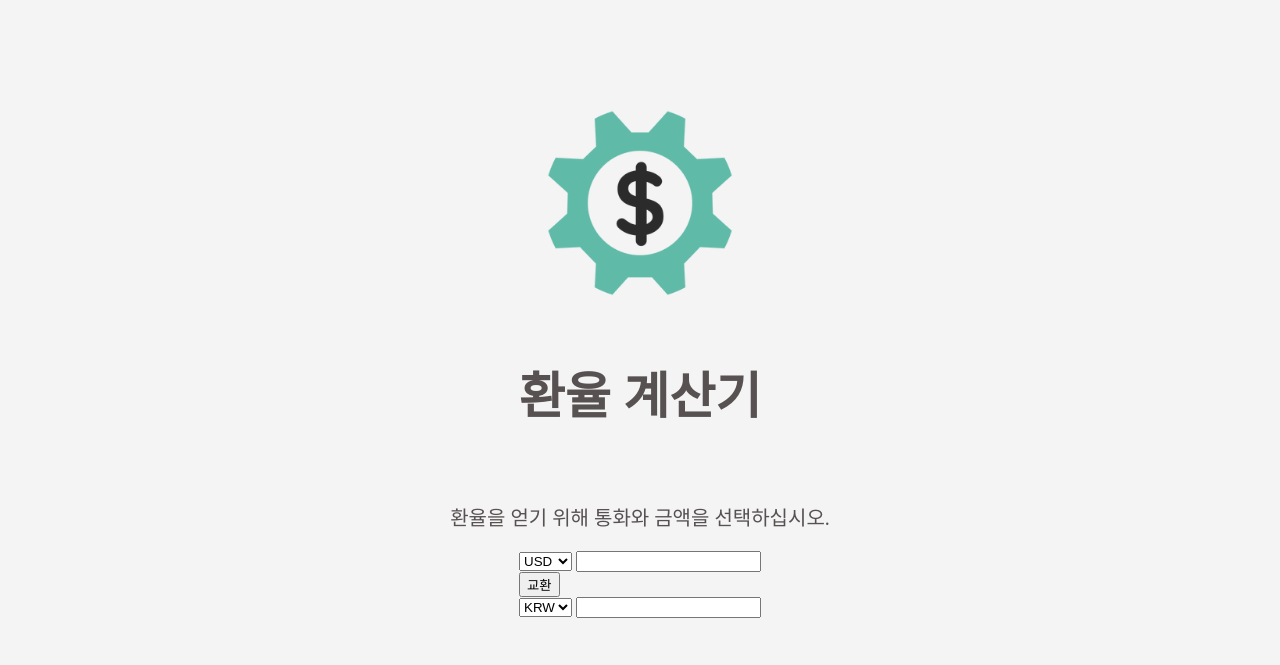
Repository: AbrorjonKuchkarov/exchange-rate
Page: index.html
These files come from the project's save history. The page is drawn as it stood at one moment and after the next save; the edit follows.
The browser window is 1280 px wide. The pictures show the whole page.

Above is the page before, as saved 2022-02-24 01:19:31.

### index.html
<!DOCTYPE html>
<html lang="en">
<head>
   <meta charset="UTF-8">
   <meta http-equiv="X-UA-Compatible" content="IE=edge">
   <meta name="viewport" content="width=device-width, initial-scale=1.0">
<link rel="stylesheet" href="style.css">
   <title>환율</title>
</head>
<body>
   <img src="img/money.png" alt="">
   <h1>환율 계산기 </h1>
   <p>환율을 얻기 위해 통화와 금액을 선택하십시오.</p>

   <div class="container">
      <div class="currency">
         <select id="selectOne">
            <option value="AED">AED</option>
            <option value="ARS">ARS</option>
            <option value="AUD">AUD</option>
            <option value="BGN">BGN</option>
            <option value="BRL">BRL</option>
            <option value="BSD">BSD</option>
            <option value="CAD">CAD</option>
            <option value="CHF">CHF</option>
            <option value="CLP">CLP</option>
            <option value="CNY">CNY</option>
            <option value="COP">COP</option>
            <option value="CZK">CZK</option>
            <option value="DKK">DKK</option>
            <option value="DOP">DOP</option>
            <option value="EGP">EGP</option>
            <option value="EUR">EUR</option>
            <option value="FJD">FJD</option>
            <option value="GBP">GBP</option>
            <option value="GTQ">GTQ</option>
            <option value="HKD">HKD</option>
            <option value="HRK">HRK</option>
            <option value="HUF">HUF</option>
            <option value="IDR">IDR</option>
            <option value="ILS">ILS</option>
            <option value="INR">INR</option>
            <option value="ISK">ISK</option>
            <option value="JPY">JPY</option>
            <option value="KRW">KRW</option>
            <option value="KZT">KZT</option>
            <option value="MXN">MXN</option>
            <option value="MYR">MYR</option>
            <option value="NOK">NOK</option>
            <option value="NZD">NZD</option>
            <option value="PAB">PAB</option>
            <option value="PEN">PEN</option>
            <option value="PHP">PHP</option>
            <option value="PKR">PKR</option>
            <option value="PLN">PLN</option>
            <option value="PYG">PYG</option>
            <option value="RON">RON</option>
            <option value="RUB">RUB</option>
            <option value="SAR">SAR</option>
            <option value="SEK">SEK</option>
            <option value="SGD">SGD</option>
            <option value="THB">THB</option>
            <option value="TRY">TRY</option>
            <option value="TWD">TWD</option>
            <option value="UAH">UAH</option>
            <option value="USD" selected>USD</option>
            <option value="UYU">UYU</option>
            <option value="VND">VND</option>
            <option value="ZAR">ZAR</option>
         </select>
         <input type="number" class="inputOne" >
      </div>

      <div class="swap">
         <button class="btn">교환</button>
         <div class="rate"></div>
      </div>

      <div class="currency">
         <select id="selectTwo">
         <option value="AED">AED</option>
         <option value="ARS">ARS</option>
         <option value="AUD">AUD</option>
         <option value="BGN">BGN</option>
         <option value="BRL">BRL</option>
         <option value="BSD">BSD</option>
         <option value="CAD">CAD</option>
         <option value="CHF">CHF</option>
         <option value="CLP">CLP</option>
         <option value="CNY">CNY</option>
         <option value="COP">COP</option>
         <option value="CZK">CZK</option>
         <option value="DKK">DKK</option>
         <option value="DOP">DOP</option>
         <option value="EGP">EGP</option>
         <option value="EUR">EUR</option>
         <option value="FJD">FJD</option>
         <option value="GBP">GBP</option>
         <option value="GTQ">GTQ</option>
         <option value="HKD">HKD</option>
         <option value="HRK">HRK</option>
         <option value="HUF">HUF</option>
         <option value="IDR">IDR</option>
         <option value="ILS">ILS</option>
         <option value="INR">INR</option>
         <option value="ISK">ISK</option>
         <option value="JPY">JPY</option>
         <option value="KRW" selected>KRW</option>
         <option value="KZT">KZT</option>
         <option value="MXN">MXN</option>
         <option value="MYR">MYR</option>
         <option value="NOK">NOK</option>
         <option value="NZD">NZD</option>
         <option value="PAB">PAB</option>
         <option value="PEN">PEN</option>
         <option value="PHP">PHP</option>
         <option value="PKR">PKR</option>
         <option value="PLN">PLN</option>
         <option value="PYG">PYG</option>
         <option value="RON">RON</option>
         <option value="RUB">RUB</option>
         <option value="SAR">SAR</option>
         <option value="SEK">SEK</option>
         <option value="SGD">SGD</option>
         <option value="THB">THB</option>
         <option value="TRY">TRY</option>
         <option value="TWD">TWD</option>
         <option value="UAH">UAH</option>
         <option value="USD">USD</option>
         <option value="UYU">UYU</option>
         <option value="VND">VND</option>
         <option value="ZAR">ZAR</option>
      </select>
      <input type="number" class="inputTwo" >
      </div>
   </div>




   <script src="app.js"></script>
</body>
</html>

### style.css
*{
   box-sizing: border-box;
}

body {
   margin: 0;
   display: flex;
   flex-direction: column;
   align-items: center;
   justify-content: center;
   height: 100vh;
   background-color: #f4f4f4;
   padding: 10px;
}

img {
   width: 200px;
}

h1{
   font-size: 50px;
   color: #575151;
   padding: 20px 0;
}

p{
   color: #575151;
   font-size: 20px;
}

Loaded but not shown: app.js (no copy from this time; the picture is the same without it)

After the next save:
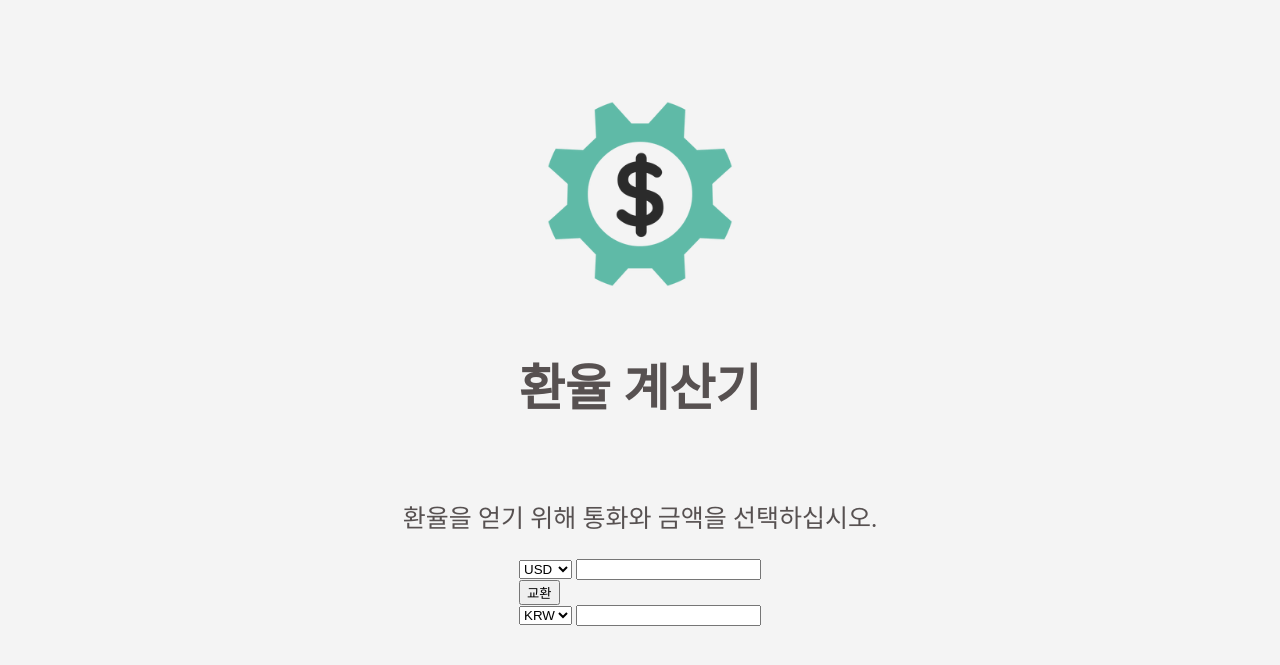
Saved 6 s later.
--- a/style.css
+++ b/style.css
@@ -25,5 +25,5 @@ h1{
 
 p{
    color: #575151;
-   font-size: 20px;
+   font-size: 25px;
 }
